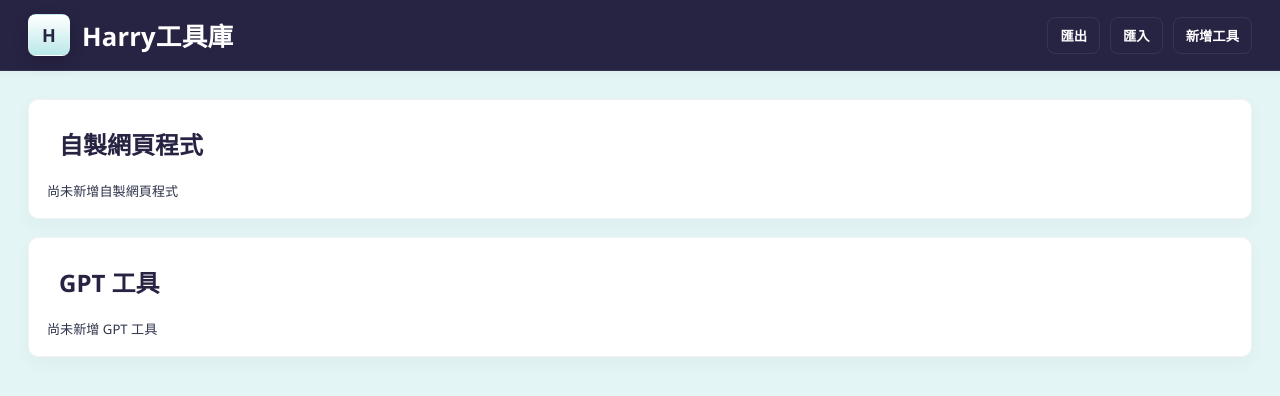
Repository: Harry985991/bmcvibecoding
Page: personal_tool_portal.html
These files come from the project's save history. The page is drawn as it stood at one moment and after the next save; the edit follows.
The browser window is 1280 px wide. The pictures show the whole page.

Above is the page before, as saved 2025-08-22 22:57:12.

### personal_tool_portal.html
<!DOCTYPE html>
<html lang="zh-Hant">
<head>
  <meta charset="UTF-8" />
  <meta name="viewport" content="width=device-width, initial-scale=1.0"/>
  <title>Harry工具庫</title>
  <style>
:root{
  --bg: #e3f6f5;           /* page background */
  --primary: #272343;      /* dark navy */
  --banner: #272343;       /* banner color (attachment) */
  --muted: #2d334a;        /* paragraph */
  --accent: #ffd600;       /* accent (kept) */
  --teal: #bae8e8;         /* tag / light green-blue */
  --title-blue: #dceeff;   /* light-blue for title badge */
  --card-bg: #ffffff;
  --card-border: rgba(39,35,67,0.06);
}

/* base */
html,body { height:100%; }
body {
  font-family: 'Segoe UI', 'Noto Sans TC', sans-serif;
  background-color: var(--bg);
  color: var(--primary);
  margin: 0;
  padding: 0;
  -webkit-font-smoothing:antialiased;
  -moz-osx-font-smoothing:grayscale;
}

/* top white banner */
header {
  background: var(--banner);              /* 改為附件深色 */
  padding: 14px 28px;
  display: flex;
  align-items: center;
  justify-content: space-between;
  border-bottom: 1px solid rgba(255,255,255,0.06); /* 調整邊線為淺白 */
  box-shadow: 0 2px 8px rgba(16,24,40,0.04);
  position: sticky;
  top: 0;
  z-index: 50;
}

/* left: logo + title */
.header-left {
  display:flex;
  gap:12px;
  align-items:center;
}
.header-logo {
  width:40px;
  height:40px;
  border-radius:8px;
  background: linear-gradient(180deg, #ffffff 0%, var(--teal) 100%);
  display:inline-flex;
  align-items:center;
  justify-content:center;
  color:var(--banner); /* 讓 logo 內字與 banner 保持對比 */
  font-weight:700;
  font-size:18px;
  border:1px solid rgba(255,255,255,0.08); /* 淺白邊框 */
  box-shadow:0 6px 16px rgba(0,0,0,0.16);
}
.header-title {
  font-size:1.6rem; /* 保留放大 */
  color:#ffffff;
  font-weight:700;
  letter-spacing:0.2px;
}

/* header actions (right) - white text, subtle white borders */
.header-actions { display:flex; gap:10px; align-items:center; }

.header-actions button, .header-actions a {
  background: transparent;
  color: #ffffff; /* 白字 */
  border: 1px solid rgba(255,255,255,0.08);
  padding: 8px 12px;
  border-radius: 8px;
  font-weight:600;
  text-decoration:none;
  cursor:pointer;
}
.header-actions button:hover, .header-actions a:hover {
  background: rgba(255,255,255,0.04);
  transform: translateY(-1px);
}

/* layout */
main {
  padding: 28px;
  display: grid;
  grid-template-columns: 1fr;
  gap: 18px;
}

/* section container */
.section {
  background: var(--card-bg);
  padding: 18px;
  border-radius: 10px;
  box-shadow: 0 6px 18px rgba(39,35,67,0.04);
  border: 1px solid var(--card-border);
}
.section h2 {
  margin: 0 0 12px 0;
  font-size: 1.5rem;   /* 放大自製網頁程式 / GPT 工具 標題字體 */
  color: var(--primary);
  font-weight:700;
  padding: 8px 12px;
  display: inline-block;
  background: rgba(255,255,255,0.0);
  border-radius: 8px;
}

/* responsive tweaks for section titles */
@media (max-width:760px){
  .section h2 { font-size: 1.15rem; }
  .modal-content { width: 92%; }
  main { padding: 18px; }
  header { padding: 12px 16px; }
}

/* grid & cards */
.grid {
  display: grid;
  /* 減小每張卡片的最小寬度，讓卡片看起來更窄一些 */
  grid-template-columns: repeat(auto-fill, minmax(220px, 1fr));
  gap: 14px;
}

/* card: deep style */
.card {
  background: var(--primary);
  color: #ffffff;
  border: none;
  border-radius: 12px;
  padding: 16px;
  display: flex;
  flex-direction: column;
  justify-content: space-between;
  box-shadow: 0 8px 24px rgba(39,35,67,0.12);
  min-height: 140px;
}
.card-head {
  display:flex;
  align-items:center;
  gap:10px;
  margin-bottom:8px;
}
/* title as light-blue badge (button-like) */
.card h3 {
  margin: 0;
  display:inline-block;
  background: var(--title-blue);
  color: var(--primary);
  padding: 8px 12px;
  border-radius: 999px;
  font-size: 0.98rem;
  font-weight:700;
  line-height:1;
  box-shadow: inset 0 -1px 0 rgba(0,0,0,0.02);
}

/* description */
.card p {
  font-size: 0.88rem;
  color: rgba(255,255,255,0.9);
  margin: 8px 0 12px 0;
  flex-grow:1;
}

/* actions area layout */
.card-actions { margin-top: 8px; display:flex; justify-content:space-between; gap:12px; align-items:center; }

/* visit link: simple white text (not highlighted) */
.visit-btn {
  display:inline-block;
  background: transparent;
  color: #ffffff;
  padding: 6px 10px;
  border-radius: 8px;
  font-weight:600;
  font-size:0.92rem;
  text-decoration:none;
  border: 1px solid rgba(255,255,255,0.06);
}
.visit-btn:hover { opacity:0.95; transform:translateY(-1px); }

/* edit/delete: normal background with white text */
.card-actions .right { display:flex; gap:8px; }
.card-actions button {
  background-color: rgba(255,255,255,0.06);
  color: #ffffff;
  border: 1px solid rgba(255,255,255,0.06);
  padding: 6px 10px;
  border-radius: 8px;
  cursor: pointer;
  font-weight:600;
  font-size:0.9rem;
}
.card-actions button:hover { background-color: rgba(255,255,255,0.10); }

/* modal */
.modal { position: fixed; top:0; left:0; right:0; bottom:0; background: rgba(0,0,0,0.45); display:none; justify-content:center; align-items:center; z-index:1000; }
.modal-content { background: var(--card-bg); padding:16px; border-radius:8px; width:420px; box-shadow: 0 6px 20px rgba(39,35,67,0.12); border:1px solid rgba(39,35,67,0.06); }
.modal-content h2 { font-size:1rem; margin:0 0 8px 0; color:var(--primary); }
.modal-content label { font-size:0.78rem; display:block; margin-top:8px; color:var(--muted); }
.modal-content input[type="text"], .modal-content textarea { width:100%; padding:8px; font-size:0.92rem; margin-top:6px; border:1px solid rgba(39,35,67,0.10); border-radius:6px; color:var(--muted); background: #fff; }

/* categories */
.categories { display:flex; gap:10px; margin-top:8px; align-items:center; color:var(--muted); }
.categories input[type="checkbox"] { width:16px; height:16px; accent-color: var(--teal); }

/* small text */
.small-muted { font-size:0.82rem; color:var(--muted); }

/* responsive tweaks */
@media (max-width:760px){
  .modal-content { width: 92%; }
  main { padding: 18px; }
  header { padding: 12px 16px; }
}
  </style>
</head>
<body>
  <header>
    <div class="header-left">
      <div class="header-logo" aria-hidden="true">H</div>
      <div class="header-title">Harry工具庫</div>
    </div>

    <div class="header-actions">
      <button id="exportBtn" title="匯出資料">匯出</button>
      <button id="importBtn" title="匯入資料">匯入</button>
      <button id="addBtn" title="新增工具">新增工具</button>
    </div>
  </header>

  <main>
    <section class="section" aria-labelledby="webTitle">
      <h2 id="webTitle">自製網頁程式</h2>
      <div id="webContainer" class="grid"></div>
    </section>

    <section class="section" aria-labelledby="gptTitle">
      <h2 id="gptTitle">GPT 工具</h2>
      <div id="gptContainer" class="grid"></div>
    </section>
  </main>

  <!-- Modal -->
  <div class="modal" id="toolModal" aria-hidden="true" role="dialog" aria-modal="true">
    <div class="modal-content">
      <h2 id="modalTitle">新增工具</h2>
      <label>工具名稱</label>
      <input type="text" id="toolName" />
      <label>簡介</label>
      <textarea id="toolDesc" rows="3"></textarea>
      <label>連結 (可使用相對路徑，例如 AIAROKR.html 或 ./subfolder/tool.html)</label>
      <input type="text" id="toolLink" placeholder="例：AIAROKR.html 或 ./subfolder/tool.html">

      <label class="small-muted" style="margin-top:.5rem">類別（勾選後會出現在對應區域，可同時勾選多個）</label>
      <div class="categories">
        <label><input type="checkbox" id="catWeb" /> 自製網頁程式</label>
        <label><input type="checkbox" id="catGpt" /> GPT 工具</label>
      </div>

      <div class="modal-actions" style="margin-top:12px; display:flex; justify-content:flex-end; gap:8px;">
        <button type="button" id="cancelBtn">取消</button>
        <button type="button" id="saveBtn">儲存</button>
      </div>
    </div>
  </div>

  <script>
  const STORAGE_KEY = 'personal_tools_v1';

  let tools = [];
  try {
    const raw = localStorage.getItem(STORAGE_KEY);
    tools = raw ? JSON.parse(raw) : [];
    if (!Array.isArray(tools)) tools = [];
  } catch (e) {
    console.warn('localStorage parse error, resetting tools', e);
    tools = [];
  }

  // normalize existing items (backward compatibility) — ensure categories default to ['web']
  tools = tools.map(t => {
    if (!t || typeof t !== 'object') {
      return { name: '', desc: '', link: '', categories: ['web'] };
    }

    const cats = t.categories;

    if (!cats) {
      t.categories = ['web'];
    } else if (typeof cats === 'string') {
      const normalized = cats.split(',').map(s => s.trim().toLowerCase()).filter(Boolean)
        .map(s => (s === 'gpt' || s.includes('gpt')) ? 'gpt' : 'web');
      t.categories = normalized.length ? normalized : ['web'];
    } else if (Array.isArray(cats)) {
      const normalized = cats.map(s => (typeof s === 'string' ? s.trim().toLowerCase() : ''))
        .filter(Boolean)
        .map(s => (s === 'gpt' || s.includes('gpt')) ? 'gpt' : 'web');
      t.categories = normalized.length ? normalized : ['web'];
    } else {
      t.categories = ['web'];
    }

    return t;
  });

  let editIndex = null;
  const webContainer = document.getElementById('webContainer');
  const gptContainer = document.getElementById('gptContainer');
  const modal = document.getElementById('toolModal');
  const nameInput = document.getElementById('toolName');
  const descInput = document.getElementById('toolDesc');
  const linkInput = document.getElementById('toolLink');
  const modalTitle = document.getElementById('modalTitle');
  const catWeb = document.getElementById('catWeb');
  const catGpt = document.getElementById('catGpt');
  let lastFocusedElement = null;

  function createCard(tool, index) {
    const card = document.createElement('div');
    card.className = 'card';

    const head = document.createElement('div');
    head.className = 'card-head';
    const h3 = document.createElement('h3');
    h3.textContent = tool.name || '';
    head.appendChild(h3);

    const p = document.createElement('p');
    p.textContent = tool.desc || '';

    // visit link (simple white text)
    const visit = document.createElement('a');
    const href = (tool.link || '').trim() || '#';
    visit.className = 'visit-btn';
    visit.href = href;
    visit.target = '_blank';
    visit.rel = 'noopener noreferrer';
    visit.textContent = '前往工具';

    const actions = document.createElement('div');
    actions.className = 'card-actions';

    const left = document.createElement('div');
    left.appendChild(visit);

    const right = document.createElement('div');
    right.className = 'right';

    const editBtn = document.createElement('button');
    editBtn.type = 'button';
    editBtn.textContent = '編輯';
    editBtn.addEventListener('click', () => editTool(index));

    const delBtn = document.createElement('button');
    delBtn.type = 'button';
    delBtn.textContent = '刪除';
    delBtn.addEventListener('click', () => deleteTool(index));

    right.appendChild(editBtn);
    right.appendChild(delBtn);

    actions.appendChild(left);
    actions.appendChild(right);

    card.appendChild(head);
    card.appendChild(p);
    card.appendChild(actions);

    return card;
  }

  function renderTools() {
    webContainer.innerHTML = '';
    gptContainer.innerHTML = '';

    tools.forEach((tool, index) => {
      const cats = Array.isArray(tool.categories) ? tool.categories : ['web'];

      if (cats.includes('web')) {
        webContainer.appendChild(createCard(tool, index));
      }
      if (cats.includes('gpt')) {
        gptContainer.appendChild(createCard(tool, index));
      }
    });

    if (!webContainer.children.length) {
      const hint = document.createElement('div');
      hint.className = 'small-muted';
      hint.textContent = '尚未新增自製網頁程式';
      webContainer.appendChild(hint);
    }
    if (!gptContainer.children.length) {
      const hint = document.createElement('div');
      hint.className = 'small-muted';
      hint.textContent = '尚未新增 GPT 工具';
      gptContainer.appendChild(hint);
    }
  }

  modal.setAttribute('role', 'dialog');
  modal.setAttribute('aria-modal', 'true');
  modal.setAttribute('aria-hidden', 'true');

  function openModal(editIdx = null) {
    lastFocusedElement = document.activeElement;
    modal.style.display = 'flex';
    modal.setAttribute('aria-hidden', 'false');
    editIndex = editIdx;
    if (editIndex !== null) {
      modalTitle.textContent = '編輯工具';
      const t = tools[editIndex];
      nameInput.value = t.name || '';
      descInput.value = t.desc || '';
      linkInput.value = t.link || '';
      catWeb.checked = Array.isArray(t.categories) && t.categories.includes('web');
      catGpt.checked = Array.isArray(t.categories) && t.categories.includes('gpt');
    } else {
      modalTitle.textContent = '新增工具';
      nameInput.value = '';
      descInput.value = '';
      linkInput.value = '';
      catWeb.checked = true;
      catGpt.checked = false;
    }
    nameInput.focus();
    document.addEventListener('focus', enforceFocus, true);
  }

  function closeModal() {
    modal.style.display = 'none';
    modal.setAttribute('aria-hidden', 'true');
    document.removeEventListener('focus', enforceFocus, true);
    if (lastFocusedElement && typeof lastFocusedElement.focus === 'function') {
      lastFocusedElement.focus();
    }
  }

  function enforceFocus(e) {
    if (!modal.contains(e.target)) {
      e.stopPropagation();
      modal.focus();
    }
  }

  function validateLink(raw) {
    const s = (raw || '').trim();
    if (!s) return '';
    return s;
  }

  function saveTool() {
    const categories = [];
    if (catWeb.checked) categories.push('web');
    if (catGpt.checked) categories.push('gpt');
    if (!categories.length) {
      alert('請至少勾選一個類別');
      return;
    }

    const newTool = {
      name: nameInput.value.trim(),
      desc: descInput.value.trim(),
      link: validateLink(linkInput.value),
      categories
    };
    if (!newTool.name) {
      alert('請輸入工具名稱');
      nameInput.focus();
      return;
    }
    if (editIndex !== null) {
      tools[editIndex] = newTool;
    } else {
      tools.push(newTool);
    }
    try {
      localStorage.setItem(STORAGE_KEY, JSON.stringify(tools));
    } catch (e) {
      console.warn('localStorage write failed', e);
    }
    renderTools();
    closeModal();
  }

  function editTool(index) {
    openModal(index);
  }

  function deleteTool(index) {
    if (confirm('確定刪除這個工具嗎？')) {
      tools.splice(index, 1);
      try {
        localStorage.setItem(STORAGE_KEY, JSON.stringify(tools));
      } catch (e) { console.warn(e); }
      renderTools();
    }
  }

  function exportData() {
    try {
      const payload = JSON.stringify(tools, null, 2);
      const blob = new Blob([payload], { type: 'application/json' });
      const url = URL.createObjectURL(blob);
      const a = document.createElement('a');
      a.href = url;
      a.download = 'personal_tools.json';
      document.body.appendChild(a);
      a.click();
      a.remove();
      URL.revokeObjectURL(url);
    } catch (e) {
      console.error('匯出失敗', e);
      alert('匯出失敗');
    }
  }

  function importDataFile() {
    const inp = document.createElement('input');
    inp.type = 'file';
    inp.accept = '.json,application/json';
    inp.addEventListener('change', (ev) => {
      const f = ev.target.files[0];
      if (!f) return;
      const reader = new FileReader();
      reader.onload = () => {
        try {
          const parsed = JSON.parse(reader.result);
          if (!Array.isArray(parsed)) throw new Error('格式錯誤：不是陣列');
          tools = parsed.map(t => {
            if (!t || typeof t !== 'object') return { name: '', desc: '', link: '', categories: ['web'] };
            if (!Array.isArray(t.categories)) {
              t.categories = t.categories ? (Array.isArray(t.categories) ? t.categories : [t.categories]) : ['web'];
            }
            return t;
          });
          localStorage.setItem(STORAGE_KEY, JSON.stringify(tools));
          renderTools();
          alert('匯入完成');
        } catch (err) {
          console.error('匯入失敗', err);
          alert('匯入失敗：檔案格式不正確');
        }
      };
      reader.readAsText(f, 'utf-8');
    });
    inp.click();
  }

  document.getElementById('addBtn').addEventListener('click', () => openModal(null));
  document.getElementById('cancelBtn').addEventListener('click', closeModal);
  document.getElementById('saveBtn').addEventListener('click', saveTool);
  document.getElementById('exportBtn').addEventListener('click', exportData);
  document.getElementById('importBtn').addEventListener('click', importDataFile);

  document.addEventListener('keydown', (e) => {
    if (e.key === 'Escape' && modal.style.display === 'flex') closeModal();
  });

  modal.addEventListener('click', (e) => {
    if (e.target === modal) closeModal();
  });

  renderTools();
  </script>
</body>
</html>

After the next save:
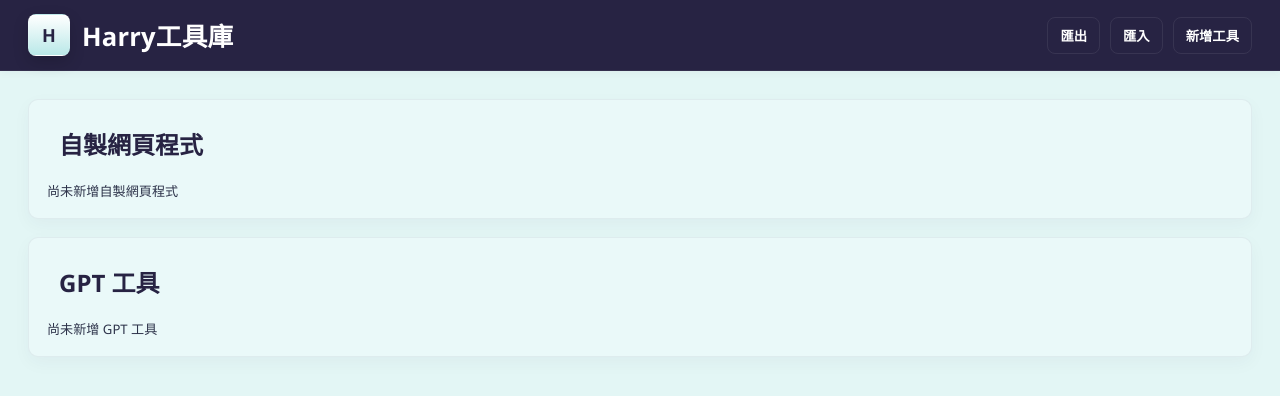
Saved 4 min 17 s later.
--- a/personal_tool_portal.html
+++ b/personal_tool_portal.html
@@ -14,6 +14,7 @@
   --teal: #bae8e8;         /* tag / light green-blue */
   --title-blue: #dceeff;   /* light-blue for title badge */
   --card-bg: #ffffff;
+  --section-bg: #eaf9f9;   /* 新增：淡藍色區塊背景 */
   --card-border: rgba(39,35,67,0.06);
 }
 
@@ -98,7 +99,7 @@ main {
 
 /* section container */
 .section {
-  background: var(--card-bg);
+  background: var(--section-bg); /* 使用淡藍色，與附件一致 */
   padding: 18px;
   border-radius: 10px;
   box-shadow: 0 6px 18px rgba(39,35,67,0.04);
